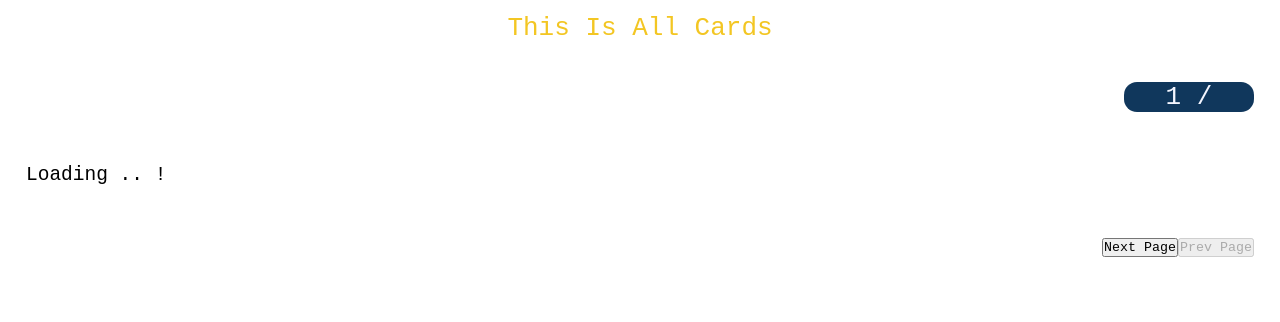
Repository: rehamtaher10/reactQueryTask
Page: /
An editor plug-in stored every save of this project. The page is shown before and after the next save, followed by the edit.
The browser window is 1280 px wide. The pictures show the whole page.
The page's requests for data from a server got no answer. The project was rebuilt for these pictures with package versions that can differ from the ones it lists, and the page was loaded fresh each time. No one was signed in, and anything a server would have sent is missing. Also part of the build but not shown: vite.config.js.

Above is the page before, as saved 2024-12-07 20:19:32.

### src/main.jsx
import { StrictMode } from "react";
import { createRoot } from "react-dom/client";
import "./style/app.css";
import App from "./App.jsx";
import {
  QueryClient,
  QueryClientProvider,
  useQuery,
} from "@tanstack/react-query";

const queryClient = new QueryClient();

createRoot(document.getElementById("root")).render(
  <StrictMode>
    <QueryClientProvider client={queryClient}>
      <App />
    </QueryClientProvider>
  </StrictMode>
);

### src/style/app.css
*{
    padding: 0;
    margin: 0;
    box-sizing: border-box;
    font-family: monospace;
    font-weight: 400;
}
.productContainer{
    padding: 2em;
    display: flex;
    flex-wrap: wrap;
    gap: 2em;
}
.post{
    width: calc((100% - 4em) / 3);
    background: #f2f2f2;
    border: 1px solid rgba(0, 0, 0, .2);
}
.post img{
    width: 100%;
    height: 350px;
    object-fit: cover;
    display: block;
    margin-left: auto;
    margin-right: auto;
}
.post h2{
    padding-inline: 1em;
    padding-block: 1.5em;
    font-size: 1.3rem;
    color:#10375C;
}
.post p{
    width: fit-content;
    padding-inline: 1em;
    margin-block: .5rem;
    background-color: #EB8317;
    color: #F4F6FF;
    font-size: 1.3rem;
    font-weight: bold;
}
h1{
    color: #F3C623;
    text-align: center;
    padding-block: 1rem;
    font-family: monospace;
    font-size: 2rem;
}
.pagination{
    padding: 2em;
    direction: rtl;
}
.pagination p{
    background-color:#10375C ;
    color: #F4F6FF;
    font-size: 2rem;
    width: 10rem;
    text-align: center;
    border-radius: 1rem;
    direction: ltr;
}

### src/App.jsx
import { useQuery } from "@tanstack/react-query";
import React, { useState } from "react";
function App() {
  const [page, setPage] = useState(0);
  const limit = 9;

  const productsFetch = async (page = 0) => {
    const res = await fetch(
      `https://dummyjson.com/products?limit=${limit}&skip=${page * limit}`
    );
    const productRes = await res.json();
    return productRes;
  };

  const { data, isLoading } = useQuery({
    queryKey: ["products", page],
    queryFn: () => productsFetch(page),
  });

  return (
    <>
      <h1>This Is All Cards</h1>

      <div className="pagination">
        <p>{page + 1} / {data?.total && Math.ceil(data?.total / limit)}</p>
      </div>
      <div className="productContainer">
        {isLoading ? (
          <h2>Loading .. !</h2>
        ) : (
          data?.products.map((ele) => (
            <div class="post" key={ele.id}>
              <div>
                <img src={ele.images?.[0]} />
              </div>
              <h2>${ele.title} </h2>
              <p>${ele.price} $</p>
            </div>
          ))
        )}
      </div>
      <div className="pagination">
        <button disabled={page == 0} >Prev Page</button>
        <button disabled={data?.products?.length < limit}>Next Page</button>

      </div>
    </>
  );
}

export default App;

Loaded but not shown: index.html (common file)

After the next save:
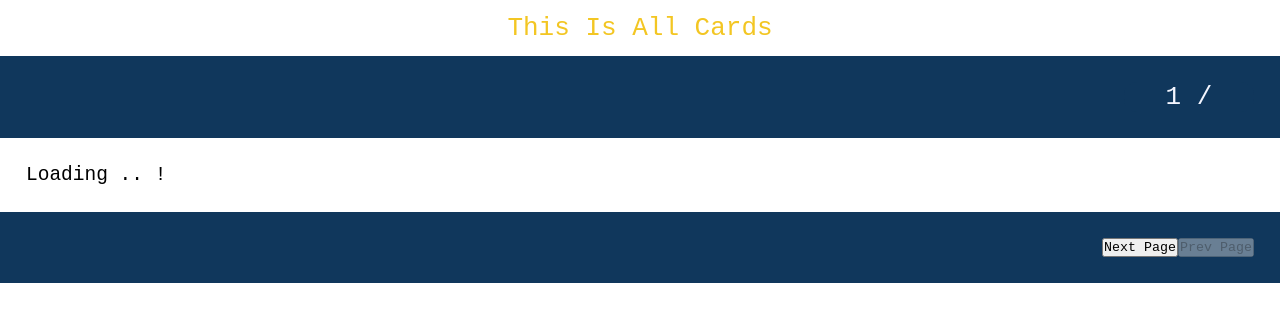
Saved 46 s later.
--- a/src/style/app.css
+++ b/src/style/app.css
@@ -49,6 +49,8 @@
 .pagination{
     padding: 2em;
     direction: rtl;
+    background-color:#10375C ;
+    color: #F4F6FF;
 }
 .pagination p{
     background-color:#10375C ;

After the 3 saves that followed:
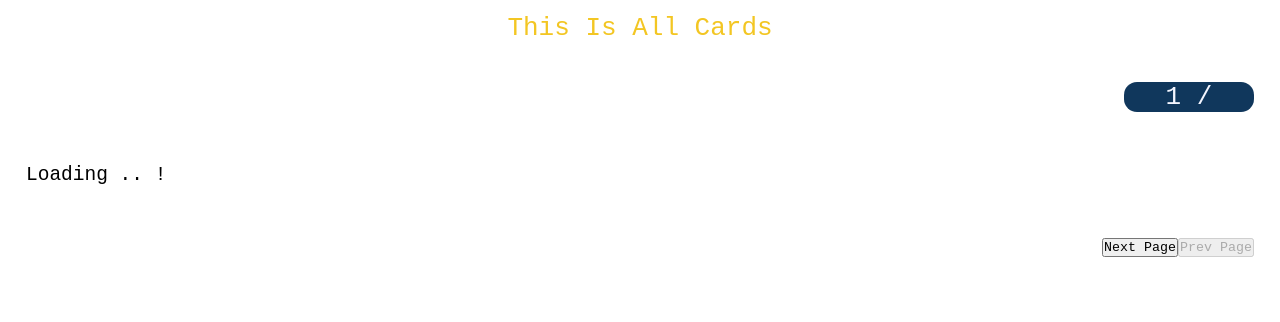
The 3 saves are shown as one change because 2 left the picture as it was.
The last was saved 31 s later.
--- a/src/style/app.css
+++ b/src/style/app.css
@@ -49,8 +49,6 @@
 .pagination{
     padding: 2em;
     direction: rtl;
-    background-color:#10375C ;
-    color: #F4F6FF;
 }
 .pagination p{
     background-color:#10375C ;
@@ -61,3 +59,6 @@
     border-radius: 1rem;
     direction: ltr;
 }
+.pagination button{
+    direction: ltr;
+}
